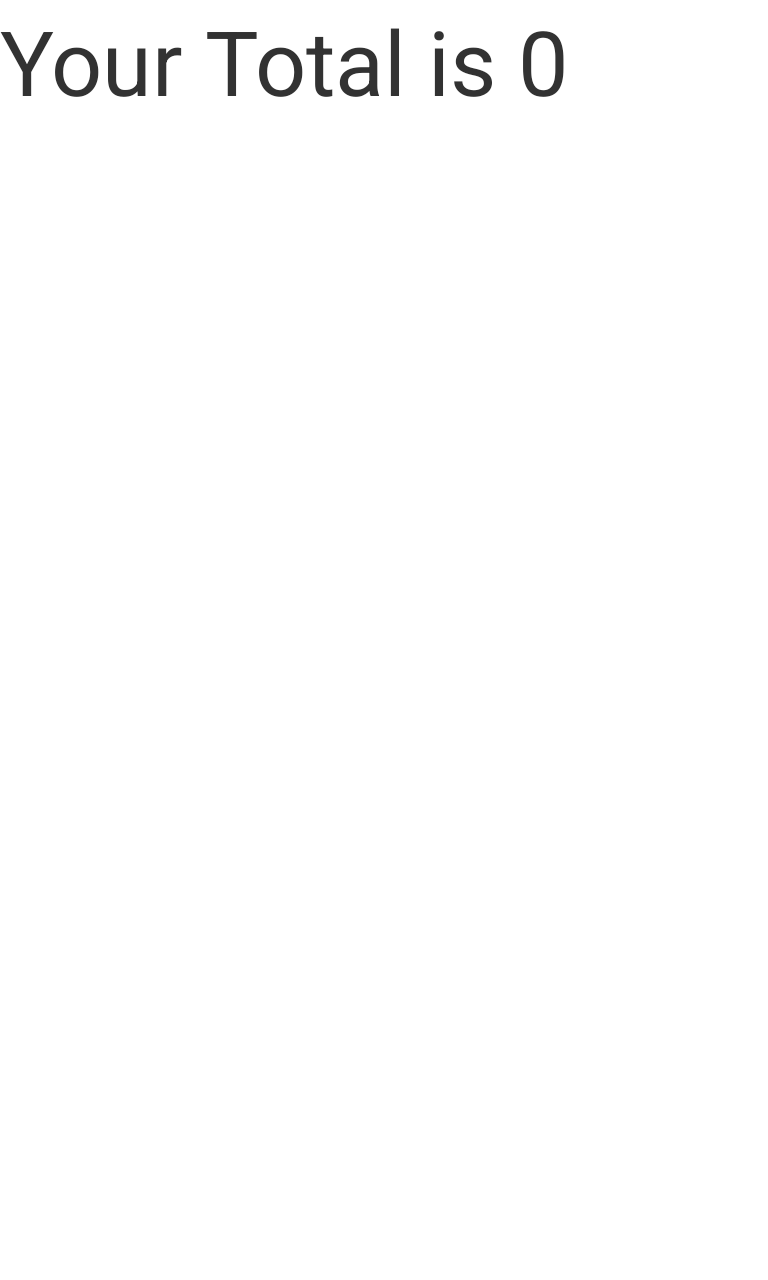
Repository: INBASD/Solar-Power-Project
Layout: Solar power calculator android/res/layout/activity_main.xml
An editor plug-in stored every save of this project. The layout is shown before and after the next save, followed by the edit.
It is drawn on a 768 x 1280 px phone screen (xhdpi) without system bars, with theme AppTheme; the app's code is not run.

Above is the layout before, as saved 2012-08-27 03:25:37.

After the next save:
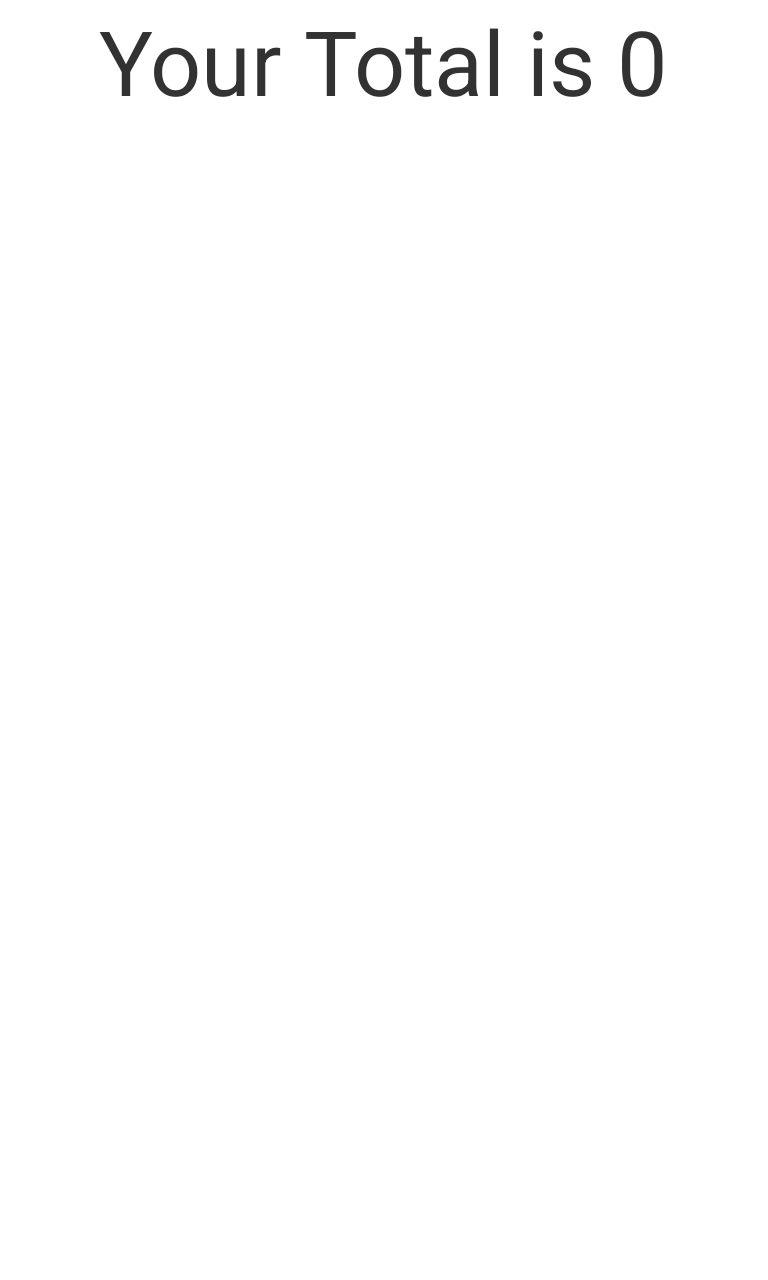
Saved 35 s later.
--- a/Solar power calculator android/res/layout/activity_main.xml
+++ b/Solar power calculator android/res/layout/activity_main.xml
@@ -9,7 +9,8 @@
         android:layout_width="wrap_content"
         android:layout_height="wrap_content"
         android:text="@string/total"
-        android:textSize="45dp" />
+        android:textSize="45dp"
+        android:layout_gravity="center" />
 
 
 </LinearLayout>

After the save that followed:
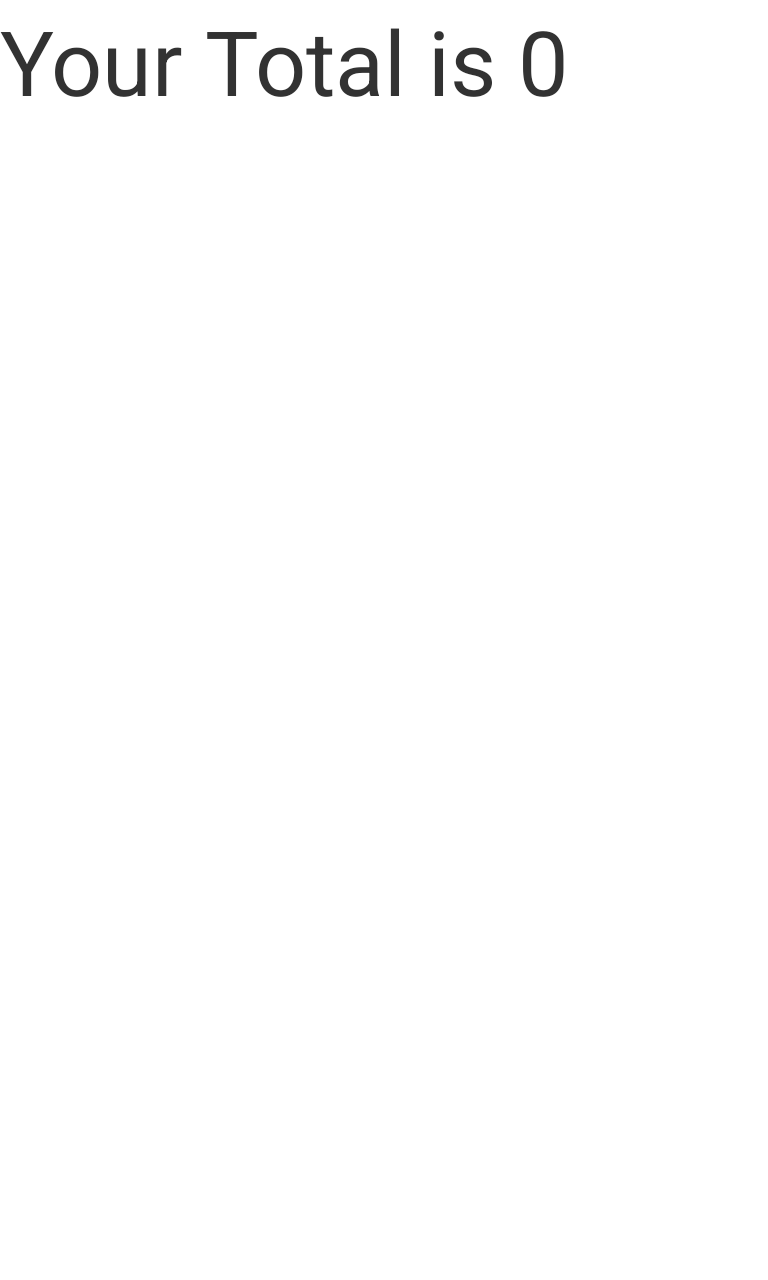
Saved 15 s later.
--- a/Solar power calculator android/res/layout/activity_main.xml
+++ b/Solar power calculator android/res/layout/activity_main.xml
@@ -6,7 +6,7 @@
     android:layout_height="fill_parent" >
 
     <TextView
-        android:layout_width="wrap_content"
+        android:layout_width="fill_parent"
         android:layout_height="wrap_content"
         android:text="@string/total"
         android:textSize="45dp"
